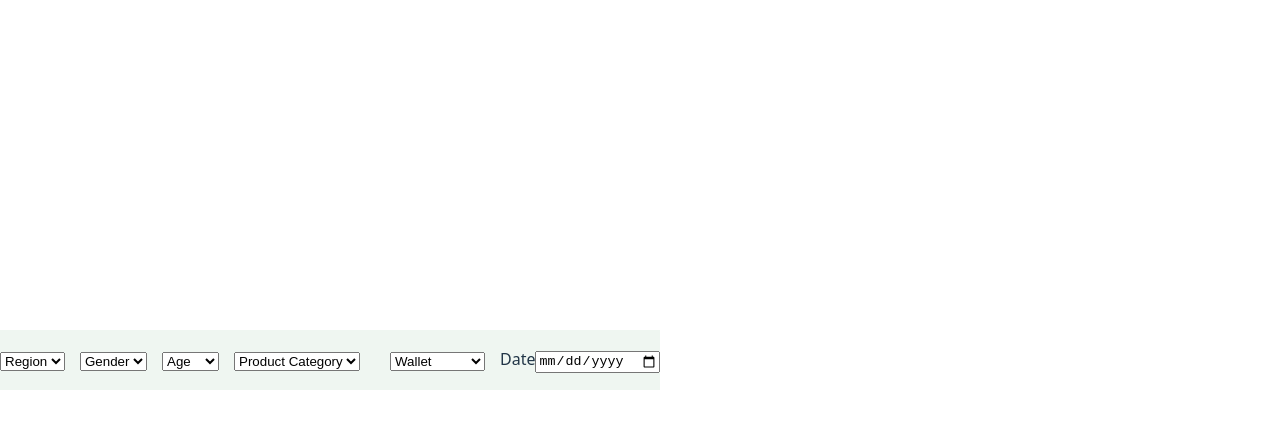
Repository: SandeepYadav18717/TruEstae
Page: / (app in TruEstae/)
An editor plug-in stored every save of this project. The page is shown before and after a run of saves, followed by the edit.
The browser window is 1280 px wide. The pictures show the whole page.
The project was rebuilt for these pictures with package versions that can differ from the ones it lists, and the page was loaded fresh each time. Also part of the build but not shown: TruEstae/vite.config.js, TruEstae/src/App.css, TruEstae/src/Styles/Logo.css, TruEstae/src/Pages/Logo.jsx, TruEstae/src/Styles/search_bar.css, TruEstae/src/components/search_bar.jsx.

Above is the page before, as saved 2025-12-07 00:53:51.

### TruEstae/index.html
<!doctype html>
<html lang="en">
  <head>
    <meta charset="UTF-8" />
    <link rel="icon" type="image/svg+xml" href="/vite.svg" />
    <meta name="viewport" content="width=device-width, initial-scale=1.0" />
    <title>javascript</title>
  </head>
  <body>
    <div id="root"></div>
    <script type="module" src="/src/main.jsx"></script>
  </body>
</html>

### TruEstae/src/App.jsx
import { useState } from 'react'
import reactLogo from './assets/react.svg'
import viteLogo from '/vite.svg'
import './App.css'

import Logo from './Pages/Logo.jsx'
import SearchBar from './components/search_bar.jsx'
import Home from './Pages/Home.jsx'

function App() {
  return (
    <>


     <Home />
    </>
  )
}

export default App

### TruEstae/src/Pages/Home.jsx
import Logo from "./Logo.jsx";
import SearchBar from "../components/search_bar.jsx";
import "../Styles/Home.css";
function Home() {
  return (
    <>
      <div className="Container_Ui">
        <div id="Customer_Region">

          <select>
  <option value="" hidden>Region</option>
  <option>Central</option>
  <option>North</option>
  <option>South</option>
  <option>East</option>
  <option>West</option>
</select>

          </div>

      <div id="Gender">

        <select>
            <option value="" hidden>Gender</option>
          <option>Male</option>
          <option>Female</option>
        </select>
      </div>

      <div id="Age">

        <select>
            <option value="" hidden>Age</option>
          <option>18-25</option>
          <option>26-35</option>
          <option>36-50</option>
          <option>50+</option>
        </select>
      </div>

      <div id="Product_Category">
        <select>
            <option value="" hidden>Product Category</option>
          <option>Beauty</option>
          <option>Electronic</option>
          <option>Clothing</option>
        </select>
      </div>

      <div id="Tags"></div>

      <div id="Payment_Method">

        <select>

          <option>Wallet</option>
          <option>Cash</option>
          <option>Card</option>
          <option>UPI</option>
          <option>Net Banking</option>
        </select>
      </div>

      <div id="Date">
        <label>Date</label>
        <input type="date" />
      </div>
</div>
    </>
  );
}
export default Home;

### TruEstae/src/Styles/Home.css
.Container_Ui {
  display: flex;
  gap:15px;
  flex-direction: row;
  align-items: center;
  justify-content: center;
  height: 100vh;
  background-color: #eff6f1;
  height:60px;
  width: 100%;
}

Loaded but not shown: TruEstae/src/main.jsx (common file); TruEstae/src/index.css (common file)

After the next 4 saves:
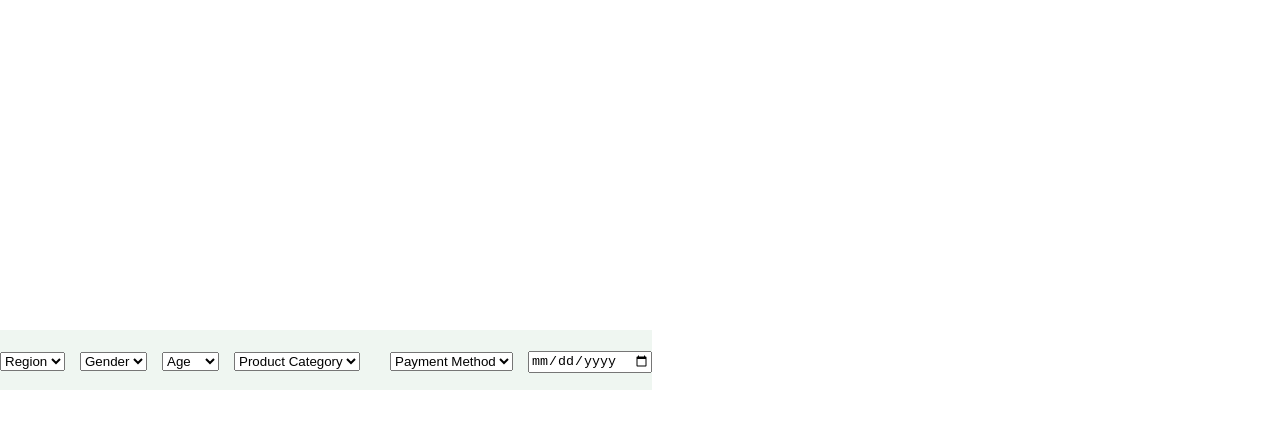
The 4 saves are shown as one change because they came seconds apart.
The last was saved 13 s later.
--- a/TruEstae/src/Pages/Home.jsx
+++ b/TruEstae/src/Pages/Home.jsx
@@ -52,7 +52,7 @@ function Home() {
       <div id="Payment_Method">
 
         <select>
-
+            <option value="" hidden>Payment Method</option>
           <option>Wallet</option>
           <option>Cash</option>
           <option>Card</option>
@@ -62,7 +62,6 @@ function Home() {
       </div>
 
       <div id="Date">
-        <label>Date</label>
         <input type="date" />
       </div>
 </div>
